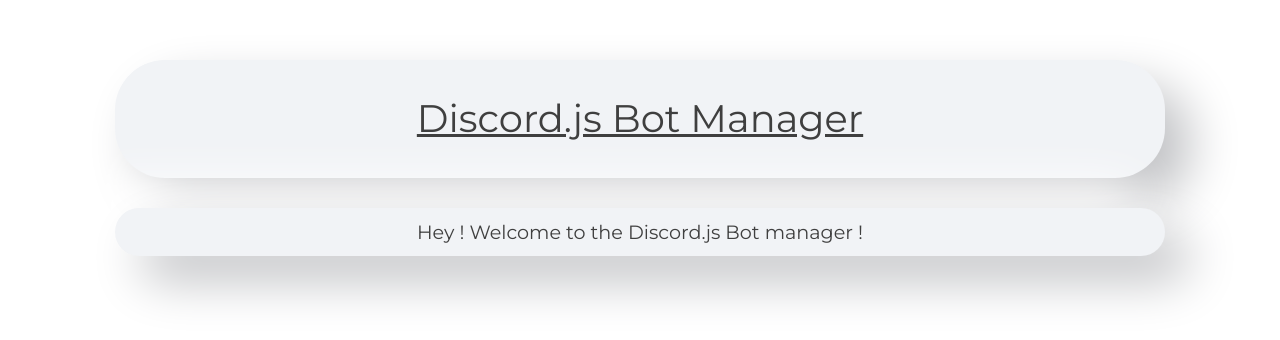
Repository: O-Schell/Discord-Bot-Manager
Page: Web_Interface/main.HTML
These files come from the project's save history. The page is drawn as it stood at one moment and after the next save; the edit follows.
The browser window is 1280 px wide. The pictures show the whole page.
The style sheet was rebuilt from its Sass, Less or Tailwind sources for each picture, by a compiler version that may differ from the author's.

Above is the page before, as saved 2020-11-24 21:35:34.

### Web_Interface/main.HTML
<!DOCTYPE html>
<html lang="fr">

<head>
  <meta charset="utf-8" />
  <title>Bot Manager</title>
  <link rel="stylesheet" href="style.css" />
  <link rel="stylesheet" href="https://maxcdn.bootstrapcdn.com/bootstrap/4.5.2/css/bootstrap.min.css">
  <script src="https://ajax.googleapis.com/ajax/libs/jquery/3.5.1/jquery.min.js"></script>
  <script src="https://cdnjs.cloudflare.com/ajax/libs/popper.js/1.16.0/umd/popper.min.js"></script>
  <script src="https://maxcdn.bootstrapcdn.com/bootstrap/4.5.2/js/bootstrap.min.js"></script>
  <!--<script src="script.js"></script>-->
</head>



<body>
  <div class="container">
    <div class="neumorphism">
      <div class="center-div">
        <div class="center-text">
          <div class="title">
            <u>Discord.js Bot Manager</u>
          </div>
        </div>
      </div>
    </div>
    <div class="neumorphism">
      <div class="center-div">
        <div class="center-text">
          <div class="undertitle">
            Hey ! Welcome to the Discord.js Bot manager !
          </div>
        </div>
      </div>
    </div>
  </div>

</body>

</html>

### Web_Interface/style.scss
@import url("https://fonts.googleapis.com/css?family=Montserrat:400,700&display=swap");
@import url("https://unpkg.com/bootstrap@3.3.7/dist/css/bootstrap.min.css");

$mainC: #f1f3f6;
$secC: #9dabc0;

body {
  background: $mainC;
}

.container{
  margin: 30px;
}

.center-div {
  margin: auto;
  width: 69.2%;
  padding: 10px;
}

.center-text {
  text-align: center;
}

.title {
  margin: 10px;
  padding: 10px 10px;
  font-size: 3vw;
  font-family: "Montserrat";
  color: #3f3f3f;
}

.undertitle {
  font-size: 1.5vw;
  font-family: "Montserrat";
  color: #3f3f3f;
}

.neumorphism {
  margin: 30px;
  border-radius: 50px;
  background: #f1f3f6;
  box-shadow: 25px 25px 50px #c1c2c5, -25px -25px 50px #ffffff;
}

After the next save:
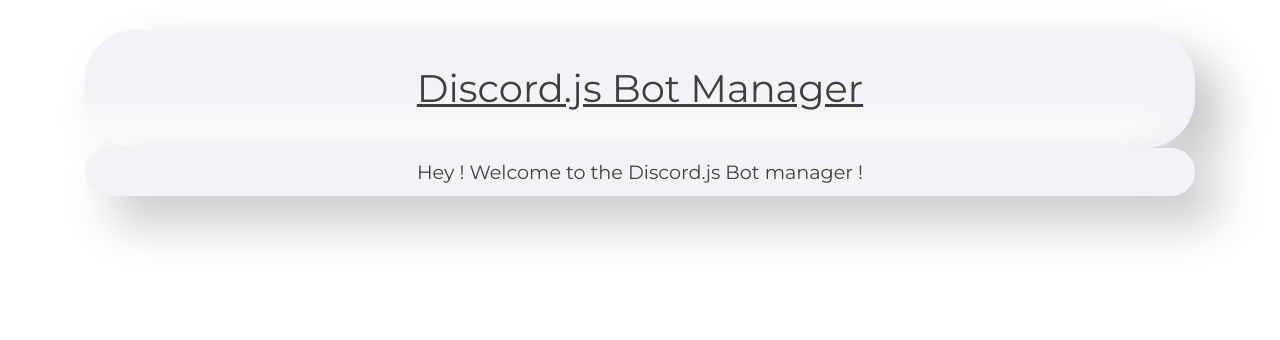
Saved 14 min 31 s later.
--- a/Web_Interface/style.scss
+++ b/Web_Interface/style.scss
@@ -1,8 +1,8 @@
 @import url("https://fonts.googleapis.com/css?family=Montserrat:400,700&display=swap");
 @import url("https://unpkg.com/bootstrap@3.3.7/dist/css/bootstrap.min.css");
 
-$mainC: #f1f3f6;
-$secC: #9dabc0;
+$mainC: #303030;
+$secC: #6b6b6b;
 
 body {
   background: $mainC;
@@ -37,7 +37,7 @@
 }
 
 .neumorphism {
-  margin: 30px;
+
   border-radius: 50px;
   background: #f1f3f6;
   box-shadow: 25px 25px 50px #c1c2c5, -25px -25px 50px #ffffff;

After the save that followed:
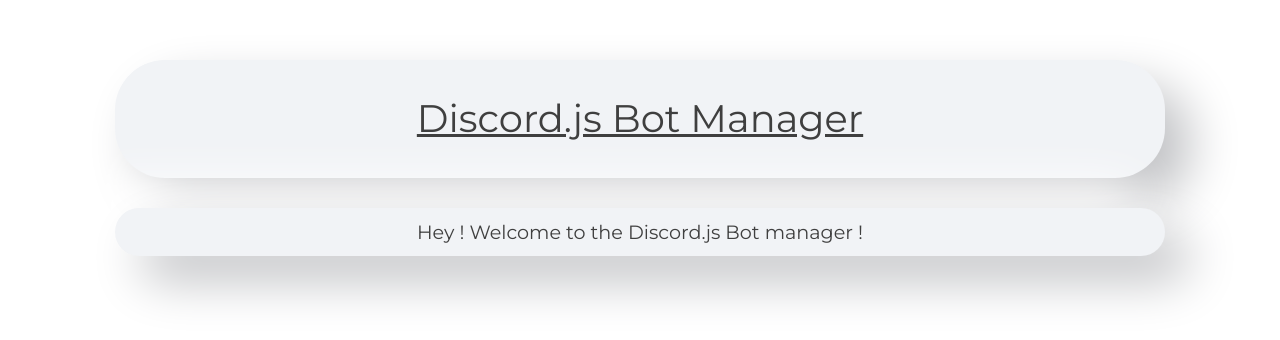
Saved 42 s later.
--- a/Web_Interface/style.scss
+++ b/Web_Interface/style.scss
@@ -37,7 +37,7 @@
 }
 
 .neumorphism {
-
+  margin: 30px;
   border-radius: 50px;
   background: #f1f3f6;
   box-shadow: 25px 25px 50px #c1c2c5, -25px -25px 50px #ffffff;
